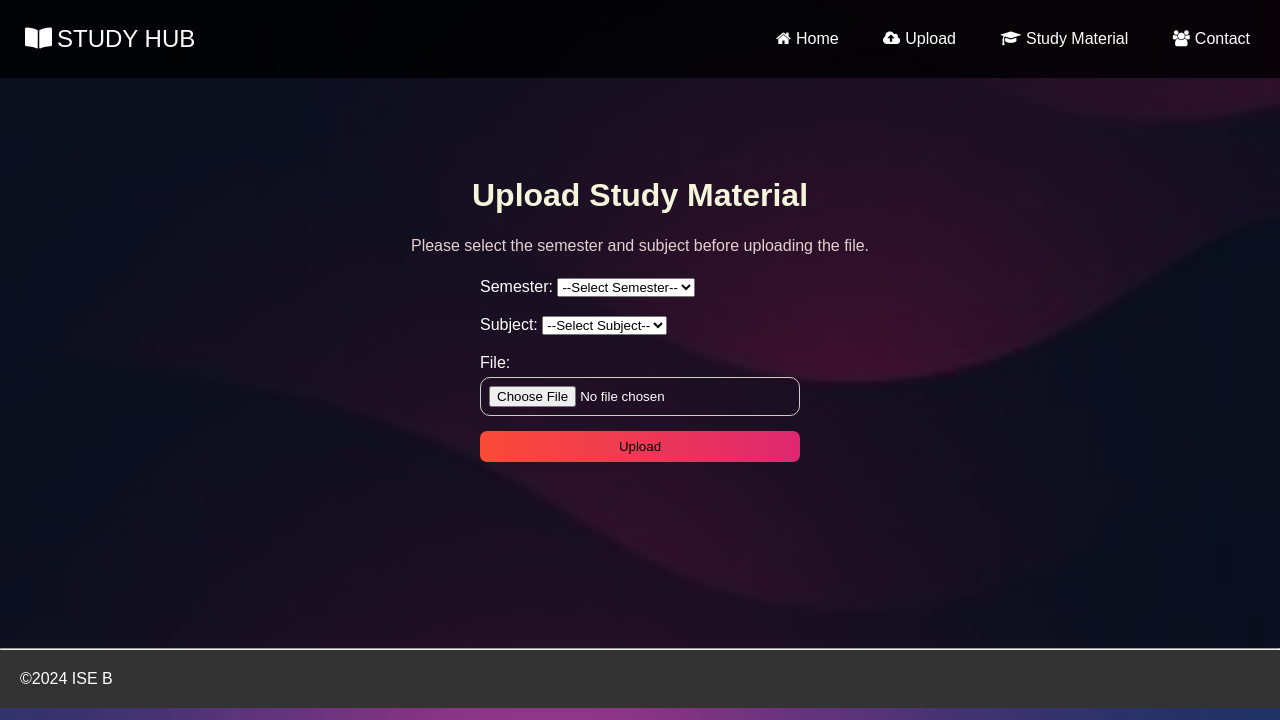
Repository: Acharya-Keerthana/Education
Page: http://localhost/upload.php
An editor plug-in stored every save of this project. The page is shown before and after the next save, followed by the edit.
The browser window is 1280 px wide. The pictures show the whole page.
Backgrounds fixed to the window are drawn as part of the page. The page is run by PHP 8.4 with error messages shown; the project is at /var/www/html/.

Above is the page before, as saved 2024-04-10 11:01:31.

### upload.php
<!DOCTYPE html>
<html lang="en">
<head>
    <meta charset="UTF-8">
    <meta name="viewport" content="width=device-width, initial-scale=1.0">
    <title>Upload</title>
    <link rel="stylesheet" href="style.css">
    <link rel="stylesheet" href="https://cdnjs.cloudflare.com/ajax/libs/font-awesome/5.15.4/css/all.min.css">
    <link rel="stylesheet" href="https://maxcdn.bootstrapcdn.com/font-awesome/4.7.0/css/font-awesome.min.css">
</head>
<body>
    <div class="nav_bar">
        <div class="logo"><i class="fas fa-book-open"></i>STUDY HUB </div>
        <nav>
            <a href="index.html"><i class="fa fa-home"></i>Home</a>
            <a href="#upload"><i class="fa fa-cloud-upload"></i>Upload</a>
            <a href="index.html#study-material"><i class="fa fa-graduation-cap"></i>Study Material</a>
            <a href="index.html#contact"><i class="fa fa-users"></i>Contact</a>
        </nav>
    </div>

    <section class="study_sec" id="upload">
        <div class="studymaterial">
            <h1 class="study_heading">Upload Study Material</h1>
            <p>Please select the semester and subject before uploading the file.</p>
            <form action="upload.php" method="post" enctype="multipart/form-data">
            <div class="form-group">
                <label for="semester">Semester:</label>
                <select id="semester" name="semester">
                    <option value="">--Select Semester--</option>
                    <option value="3">3rd Semester</option>
                    <option value="4">4th Semester</option>
                    <option value="5">5th Semester</option>
                    <option value="6">6th Semester</option>
                    <option value="7">7th Semester</option>
                    <option value="8">8th Semester</option>
                </select>
            </div>
            <div class="form-group">
                <label for="subject">Subject:</label>
                <select id="subject" name="subject">
                    <option value="">--Select Subject--</option>
                </select>
            </div>
            <div class="form-group">
                <label for="file">File:</label>
                <input type="file" id="file" name="file" accept=".pdf, .doc, .docx, .jpg, .jpeg, .png,.ppt,.pptx">
            </div>
            <button type="submit" id="upload-btn" class="submit-btn" disabled>Upload</button>
        </form>
        </div>
    </section>
    <hr>
    <footer>
    &copy;2024 ISE B
    </footer>
    <script>
        const semesterSelect = document.getElementById("semester");
        const subjectSelect = document.getElementById("subject");
        const uploadBtn = document.getElementById("upload-btn");

        semesterSelect.addEventListener("change", () => {
            const semester = semesterSelect.value;
            if (semester === "") {
                subjectSelect.innerHTML = "<option value=''>--Select Subject--</option>";
                uploadBtn.disabled = true;
            } else {
                // You can replace this dummy data with actual data from your server.
                const subjectsBySemester = {
                    "3": ["Statistics and Probability Theory", "Object oriented language", "Introduction to Data Science", "Unix Shell and System Programming", "Previous year paper"],
                    "4": ["Linear Algerbra and its application", "Design and Analysis of Algorithm", "Internet and web programming", "Database management system", "Previous year paper"],
                    // Add subjects for other semesters as needed
                };

                subjectSelect.innerHTML = "<option value=''>--Select Subject--</option>";
                subjectsBySemester[semester].forEach(subject => {
                    subjectSelect.innerHTML += `<option value="${subject}">${subject}</option>`;
                });
                uploadBtn.disabled = false;
            }
        });

        subjectSelect.addEventListener("change", () => {
            if (subjectSelect.value === "") {
                uploadBtn.disabled = true;
            } else {
                uploadBtn.disabled = false;
            }
        });
    </script>
    <?php

    ?>
</body>
</html>

### style.css

* {
    margin: 0;
    padding: 0;
    box-sizing: border-box;
    font-family: Arial, sans-serif;
}

body {
    height: 100vh;
    background: url('images/baground.jpg') no-repeat center center fixed;
    background-size: cover;
    color: #fff;
}

/* Navigation Styles */
.nav_bar {
    background-color: rgba(0, 0, 0, 0.8);
    overflow: hidden;
    padding: 10px;
    position: fixed;
    width: 100%;
    z-index: 999;
}

.logo {
    float: left;
    font-size: 1.5rem;
    padding: 15px;
    margin-right: 20px;
}
.logo i{
    margin-right:5px ;
}
nav {
    float: right;
}

nav a {
    color: #fff;
    display: inline-block;
    padding: 20px;
    text-decoration: none;
    transition: all 0.3s ease;
}
nav a i{
    margin-right: 5px;
}
nav a:hover {
    background-color: rgba(255, 255, 255, 0.308);
    border-radius: 5px;
}
.Front_view {
    align-items: center;
    display: flex;
    justify-content: space-between;
    height: 100vh;
    padding: 0 20px;
}

.content {
    text-align: left;
    width: calc(50% - 20px);
}

.image {
    width: calc(50% - 70px);
}

.image img {
    max-width: 100%;
    height: auto;
    border-radius: 10px;
    object-fit: cover;
}

.about_sec {
    background: linear-gradient(to top, #030303, rgba(49, 7, 58, 0.87)), url('images/baground.jpg') no-repeat center center;
    background-size: cover;
    padding: 2rem;
    height: 70vh;
}

.about_box {
    background-color: rgba(255, 255, 255, 0.1);
    border: 1px solid rgba(255, 255, 255, 0.1);
    border-radius: 10px;
    padding: 2rem;
    margin-bottom: 1rem;
    transition: all 0.3s ease;
}

.about_box:hover {
    box-shadow: 0 0 20px rgba(255, 255, 255, 0.5);
}

.about_heading {
    color: #f0f8ff;
    font-size: 2rem;
    margin-bottom: 2rem;
}

.about_para {
    color: #f0f8ff;
    font-size: 1.2rem;
    line-height: 1.5;
}

/* Study Material Styles */
.studymaterial {
    align-items: center;
    background-color: rgba(0, 0, 0, 0.7);
    display: flex;
    flex-direction: column;
    height: 90vh;
    justify-content: center;
}

.studymaterial p {
    color: #e4d0d0;
    line-height: 1.5rem;
    margin: 20px 0;
    max-width: 500px;
    text-align: center;
}

.study_heading {
    color: #f5f5dc;
    font-size: 2rem;
}

.sem {
    align-items: center;
    background-color: hsla(0, 0%, 100%,0.2);
    border-radius: 40px;
    display: flex;
    flex-wrap: wrap;
    height: 30%;
    justify-content: center;
    overflow: hidden;
    width: 50%;
}

.sem_sec {
    box-sizing: border-box;
    padding: 10px;
    text-align: center;
    width: calc(100% / 3);
}

.sem_sec a {
    color: beige;
    display: block;
    font-size: 17px;
    letter-spacing: 0.5px;
    padding: 25px;
    position: relative;
    text-align: center;
    text-decoration: none;
    z-index: 0;
}

.sem_sec:hover {
    background: linear-gradient(to bottom, rgb(85, 10, 128), rgba(94, 4, 97, 0.979));
    color: white;
}

.form {
    background: linear-gradient(to bottom, rgba(45, 11, 100, 0.986), rgba(66, 5, 66, 0.5), rgba(86, 10, 105, 0.884));
    padding: 2rem;
    float: right;
   margin: 10px 100px 10px 0px ;
  border-radius: 20px;
  box-shadow: inset 0px 0px 25px rgba(0,0,0,0.2), 0 0 40px rgba(0,0,0,0.3);
}

.container {
    margin: 0 auto;
    width: 100%;
}

.heading {
    margin-bottom: 30px;
    padding-top: 10px;
    text-align: center;
}

.form-group {
    margin-bottom: 15px;
}

.form-group label {
    display: inline-block;
    margin-bottom: 5px;
}

.form-group input,
.form-group textarea {
    border: 1px solid #ccc;
    border-radius: 10px;
    padding: 8px;
    width: 100%;
}

.form-group textarea {
    resize: vertical;
}
.form_img {
        width: calc(50% - 20px);
        margin-left: 50px;
    }
.form_img img{
    max-width: 100%;
    height: auto;
    border-radius: 10px;
    object-fit: cover;
}

.submit-btn {
    background: linear-gradient(to right, #FA4B37, #DF2771);
    border: none;
    border-radius: 7px;
    color: black;
    cursor: pointer;
    display: inline-block;
    margin-bottom: 10px;
    padding: 8px;
    width: 20rem;
}

.submit-btn:hover {
    background: rgba(255, 255, 255, 0.767);
    color: #141414;
}
marquee{
    background: linear-gradient(to right, #FA4B37, #DF2771);
}
.marque{
    text-align: center;
    color: #fff;
    font-size: 20px;
    padding: 10px;
}
.marque a{
    color: #fff;
    text-decoration: none;
}
.marque a:hover{
    color:#35A7FF;
}



/* Footer styles */
footer {
    display: flex;
    justify-content: space-between;
    align-items: center;
    background-color: #333;
    padding: 20px;
    position: relative;
    animation: fadeIn 1s ease-in-out;
}

.logo1 {
    color: #fff;
    font-size: 24px;
    font-weight: bold;
    padding: 30px;
    margin-left: 20px;
}

.social_media {
    display: flex;
    gap: 10px;
}

.social_media a {
    width: 42px;
    height: 42px;
    background: hsla(0, 0%, 85.1%, .1);
    display: inline-flex;
    border-radius: 50%;
    margin-right: 5px;
    align-items: center;
    justify-content: center;
    line-height: 1;
    border: 1px solid hsla(0, 0%, 100%, .5);
    text-decoration: none;
}

.social_media a::before {
    content: "";
    width: 42px;
    height: 42px;
    position: absolute;
    background-color: #fff;
    border-radius: 50%;
    transform: scale(0);
    transition: .3s ease-in-out;
}

.social_media a i {
    color: white;
    padding: 10px;
}

footer p {
    font-weight: 400;
    font-size: 14px;
    color: #b8b8b8;
    letter-spacing: .5px;
    margin-top: 50px;
}

@media screen and (max-width: 768px) {
    body {
        flex-direction: column;
        padding: 0 20px;
    }
}

@media screen and (max-width: 768px) {
    .header {
        position: relative;
        padding: 20px 0;
    }
}

@media screen and (max-width: 768px) {
    .logo {
        text-align: center;
    }
}
@media screen and (max-width: 768px) {
    nav {
        flex-direction: column;
        align-items: center;
    }
    nav a {
        padding: 10px;
    }
}
@media screen and (max-width: 768px) {
    .content {
        flex-direction: column;
    }
}

.text {
    width: calc(50% - 20px);
    text-align: left;
}

@media screen and (max-width: 768px) {
    .text {
        width: 100%;
    }
}
@media screen and (max-width: 768px) {
    .image {
        width: 100%;
    }
}
@media screen and (max-width: 768px) {
    .image img {
        width: 100%;
        border-radius: 0;
    }
}

After the next save:
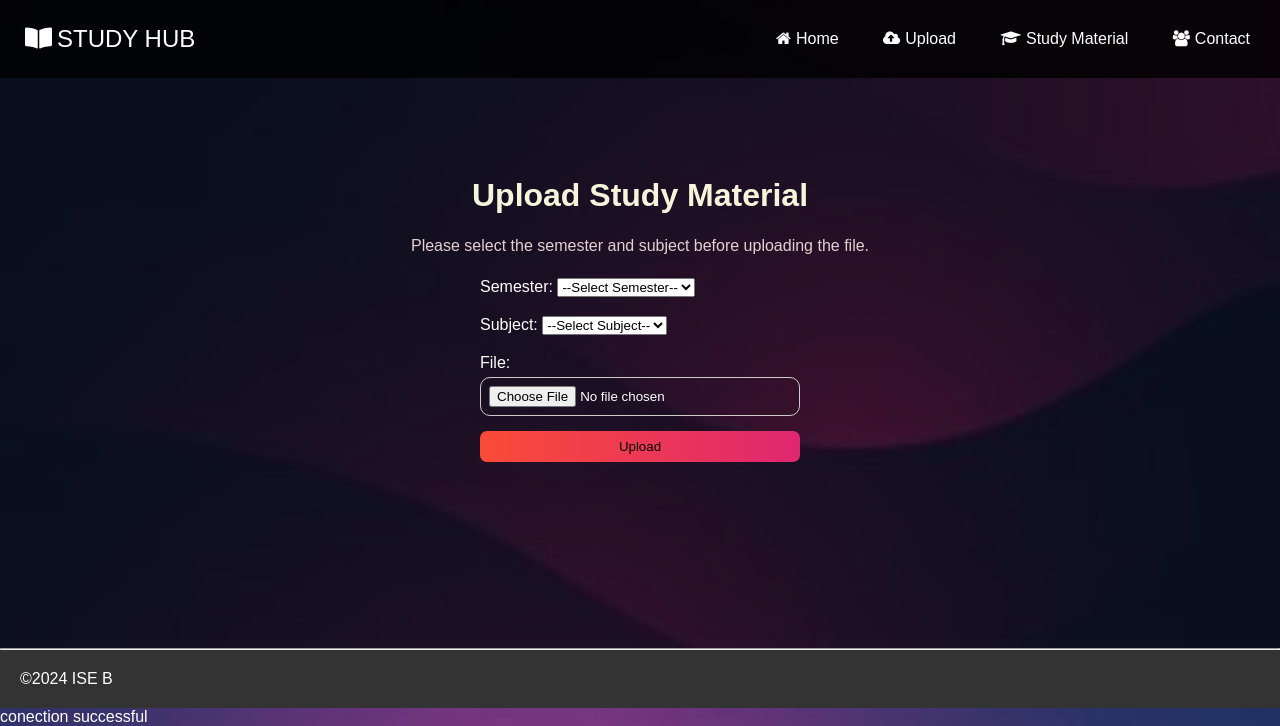
Saved 80 s later.
--- a/upload.php
+++ b/upload.php
@@ -88,8 +88,19 @@
             }
         });
     </script>
-    <?php
-
-    ?>
 </body>
 </html>
+<?php
+error_reporting(0);
+$servername="localhost";
+$username="root";
+$password="";
+$database="education";
+
+$conn=mysqli_connect($servername,$username,$password,$database);
+if(!$conn){
+die ("connection error".mysqli_connect_error());
+}
+else{
+echo "conection successful<br>";
+}

After the 2 saves that followed:
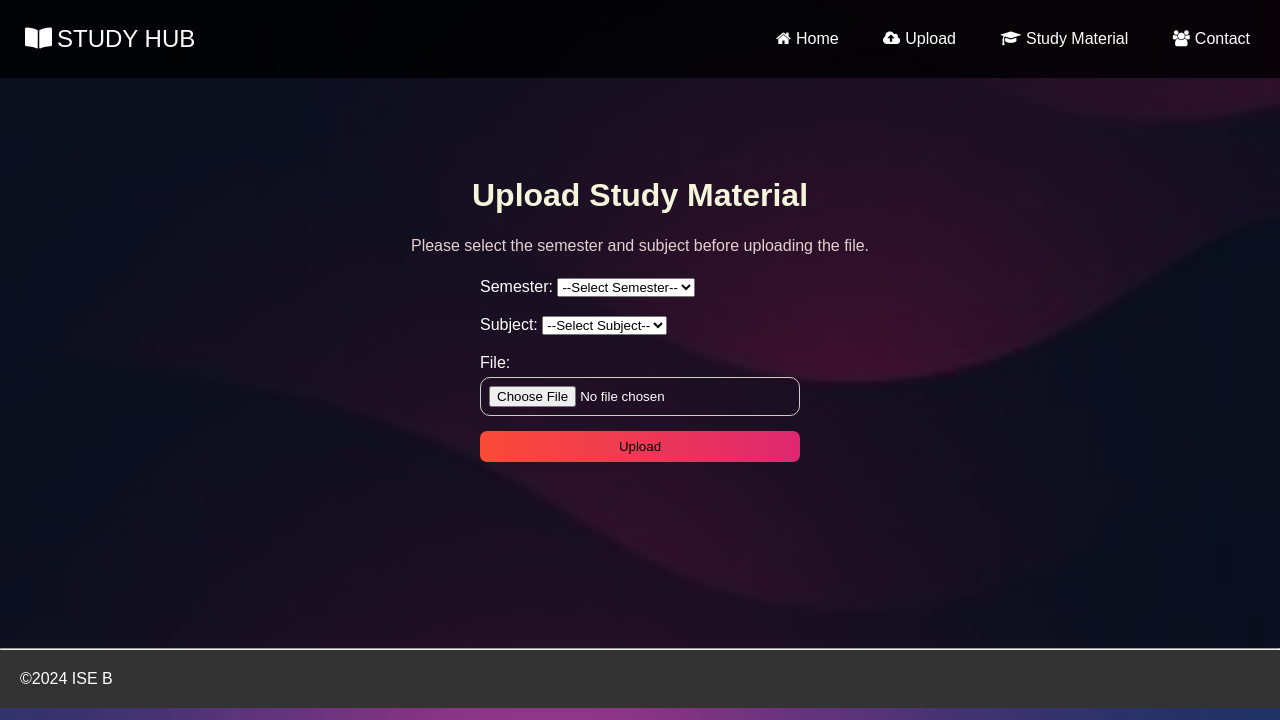
The 2 saves are shown as one change because 1 left the picture as it was.
The last was saved 2 min 10 s later.
--- a/upload.php
+++ b/upload.php
@@ -90,17 +90,3 @@
     </script>
 </body>
 </html>
-<?php
-error_reporting(0);
-$servername="localhost";
-$username="root";
-$password="";
-$database="education";
-
-$conn=mysqli_connect($servername,$username,$password,$database);
-if(!$conn){
-die ("connection error".mysqli_connect_error());
-}
-else{
-echo "conection successful<br>";
-}
